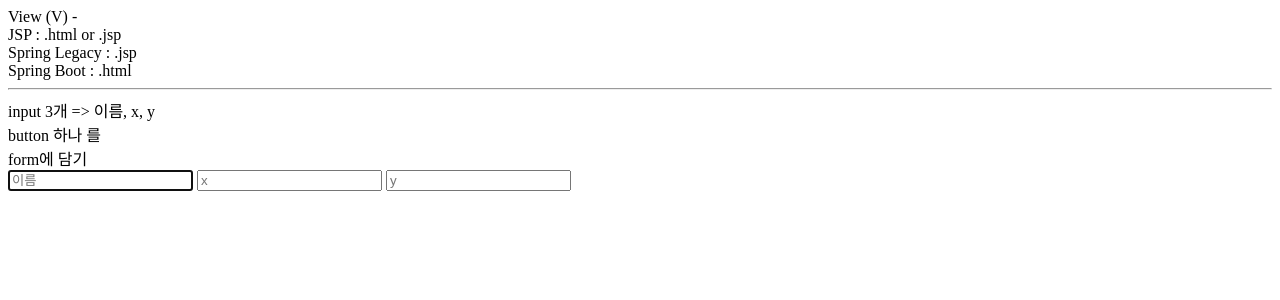
Repository: womss/sexyguy
Page: http://localhost/Feb11_2_SpringMVC/
These files come from the project's save history. The page is drawn as it stood at one moment and after the next save; the edit follows.
The browser window is 1280 px wide. The pictures show the whole page.
The page is served by Tomcat 9.

Above is the page before, as saved 2025-02-11 01:35:40.

After the next save:
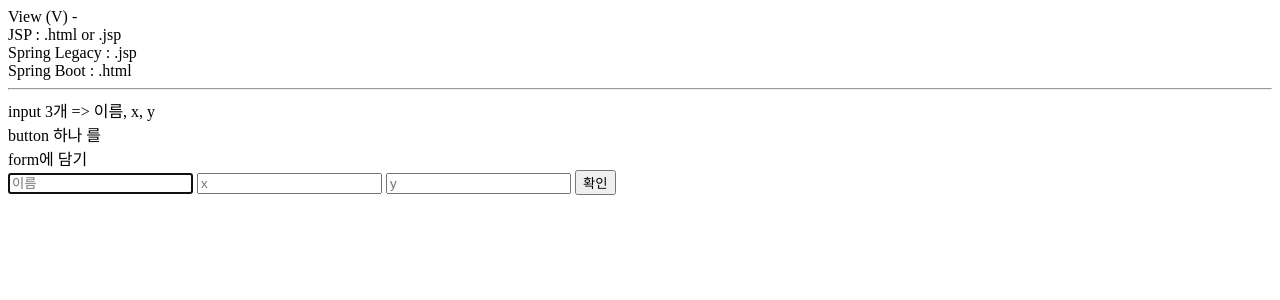
Saved 42 s later.
--- a/Spring/Feb11_2_SpringMVC/src/main/webapp/WEB-INF/views/index.jsp
+++ b/Spring/Feb11_2_SpringMVC/src/main/webapp/WEB-INF/views/index.jsp
@@ -19,6 +19,7 @@
 	<input id="name" autofocus autocomplete="off" placeholder="이름">
 	<input id="x" autocomplete="off" placeholder="x">
 	<input id="y" autocomplete="off" placeholder="y">
+	<button type="submit">확인</button>
 </form>
 
 </body>
